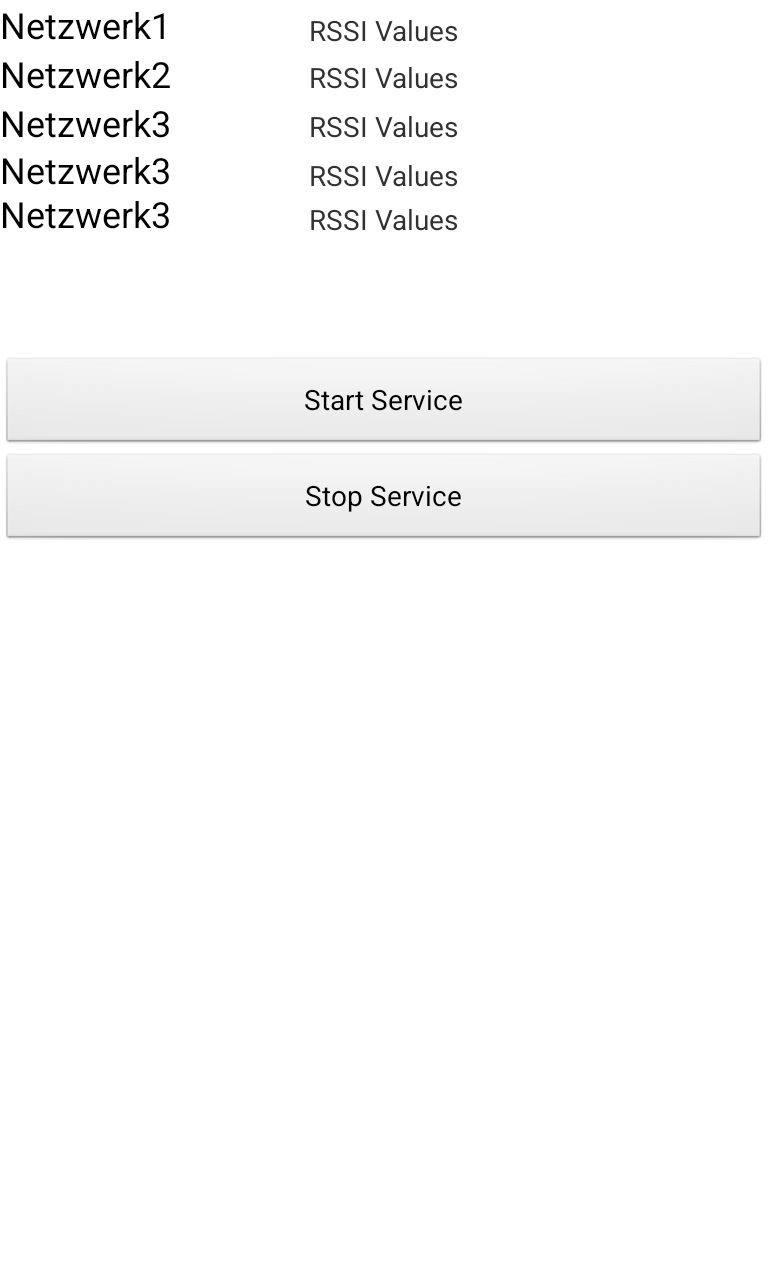
Repository: agejku/Embedded-Systems
Layout: Positionsensor/res/layout/main.xml
The author's editor kept a copy of each file at every save. The layout is drawn from the files as they stood at one save, then again after the next save.
It is drawn on a 768 x 1280 px phone screen (xhdpi) without system bars, with theme AppTheme; the app's code is not run.

Above is the layout before, as saved 2014-04-23 11:04:29.

### Positionsensor/res/layout/main.xml
<?xml version="1.0" encoding="utf-8"?>
<RelativeLayout xmlns:android="http://schemas.android.com/apk/res/android"
    android:id="@+id/NetNumber1"
    android:layout_width="fill_parent"
    android:layout_height="fill_parent"
    android:orientation="vertical" >

   <Button
       android:id="@+id/btnStopService"
       android:layout_width="fill_parent"
       android:layout_height="wrap_content"
       android:layout_alignParentLeft="true"
       android:layout_below="@+id/btnStartService"
       android:onClick="stopService"
       android:text="@string/stop_service" />

   <TextView
       android:id="@+id/network2"
       android:layout_width="wrap_content"
       android:layout_height="wrap_content"
       android:layout_alignParentLeft="true"
       android:layout_below="@+id/network1"
       android:text="@string/network2"
       android:textAppearance="?android:attr/textAppearanceMedium" />

   <TextView
       android:id="@+id/rssiNet2"
       android:layout_width="wrap_content"
       android:layout_height="wrap_content"
       android:layout_alignBaseline="@+id/network2"
       android:layout_alignBottom="@+id/network2"
       android:layout_alignLeft="@+id/rssiNet1"
       android:text="@string/start_rssi" />

   <TextView
       android:id="@+id/network3"
       android:layout_width="wrap_content"
       android:layout_height="wrap_content"
       android:layout_alignParentLeft="true"
       android:layout_below="@+id/network2"
       android:text="@string/network3"
       android:textAppearance="?android:attr/textAppearanceMedium" />

   <TextView
       android:id="@+id/rssiNet3"
       android:layout_width="wrap_content"
       android:layout_height="wrap_content"
       android:layout_alignBaseline="@+id/network3"
       android:layout_alignBottom="@+id/network3"
       android:layout_alignLeft="@+id/rssiNet2"
       android:text="@string/start_rssi" />

   <Button
       android:id="@+id/btnStartService"
       android:layout_width="fill_parent"
       android:layout_height="wrap_content"
       android:layout_alignParentLeft="true"
       android:layout_alignParentTop="true"
       android:layout_marginTop="178dp"
       android:onClick="startService"
       android:text="@string/start_service" />

   <TextView
       android:id="@+id/rssiNet1"
       android:layout_width="wrap_content"
       android:layout_height="wrap_content"
       android:layout_above="@+id/network2"
       android:layout_centerHorizontal="true"
       android:text="@string/start_rssi" />

   <TextView
       android:id="@+id/network1"
       android:layout_width="wrap_content"
       android:layout_height="wrap_content"
       android:layout_alignParentLeft="true"
       android:layout_alignParentTop="true"
       android:text="@string/network1"
       android:textAppearance="?android:attr/textAppearanceMedium" />

   <TextView
       android:id="@+id/TextView01"
       android:layout_width="wrap_content"
       android:layout_height="wrap_content"
       android:layout_alignParentLeft="true"
       android:layout_below="@+id/rssiNet3"
       android:text="@string/network3"
       android:textAppearance="?android:attr/textAppearanceMedium" />

   <TextView
       android:id="@+id/TextView02"
       android:layout_width="wrap_content"
       android:layout_height="wrap_content"
       android:layout_alignParentLeft="true"
       android:layout_below="@+id/network3"
       android:layout_marginTop="21dp"
       android:text="@string/network3"
       android:textAppearance="?android:attr/textAppearanceMedium" />

   <TextView
       android:id="@+id/TextView03"
       android:layout_width="wrap_content"
       android:layout_height="wrap_content"
       android:layout_alignBottom="@+id/TextView01"
       android:layout_alignLeft="@+id/rssiNet3"
       android:text="@string/start_rssi" />

   <TextView
       android:id="@+id/TextView04"
       android:layout_width="wrap_content"
       android:layout_height="wrap_content"
       android:layout_alignBottom="@+id/TextView02"
       android:layout_alignLeft="@+id/TextView03"
       android:text="@string/start_rssi" />

</RelativeLayout>

### Positionsensor/res/values/strings.xml
<resources>

    <string name="app_name">WifiFingerprinting</string>
    <string name="hello_world">Hello world!</string>
    <string name="menu_settings">Settings</string>
    <string name="title_activity_main">Wifi Fingerprinting</string>
    <string name="start_service">Start Service</string>
    <string name="stop_service">Stop Service</string>
    <string name="start_rssi">RSSI Values</string>
    <string name="network1">Netzwerk1</string>
    <string name="network2">Netzwerk2</string>
    <string name="network3">Netzwerk3</string>
    <string name="network4">Netzwerk4</string>
    <string name="network5">Netzwerk5</string>

</resources>

Loaded but not shown: Positionsensor/res/values/styles.xml (common file)

After the next save:
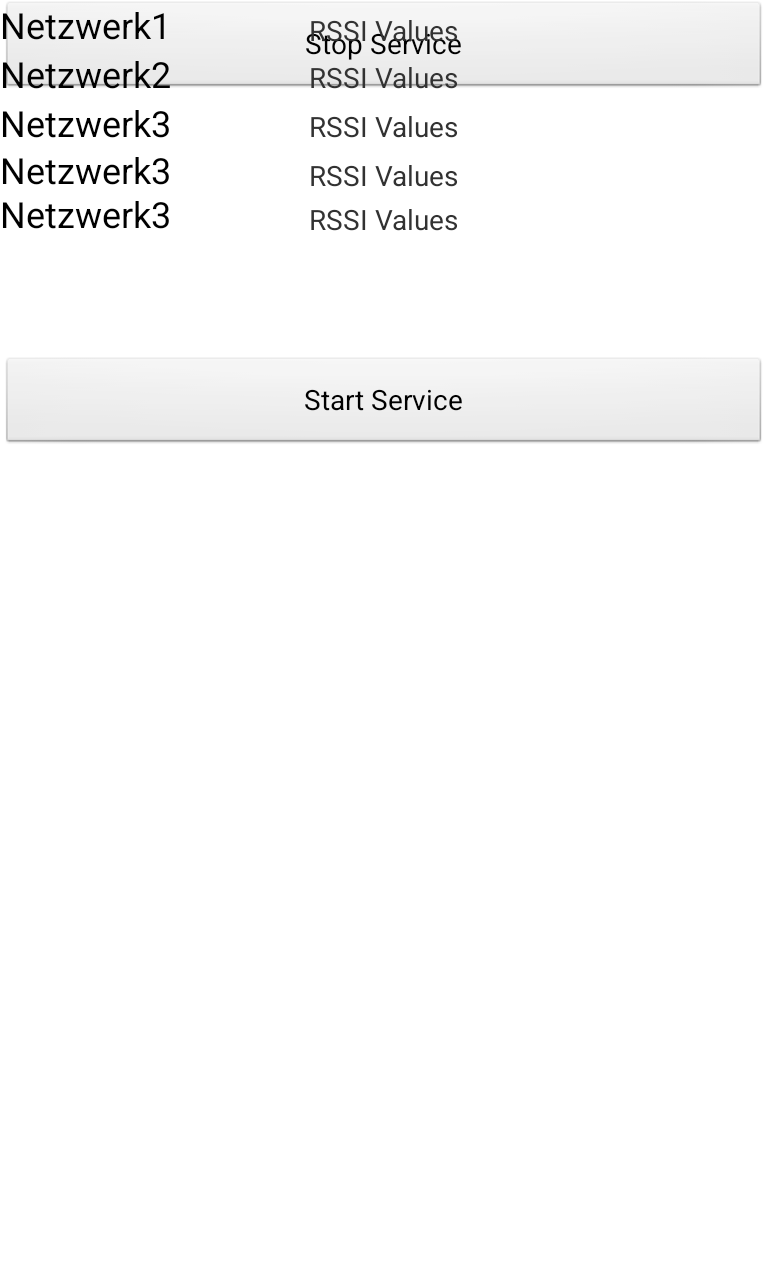
Saved 33 s later.
--- a/Positionsensor/res/layout/main.xml
+++ b/Positionsensor/res/layout/main.xml
@@ -6,7 +6,7 @@
     android:orientation="vertical" >
 
    <Button
-       android:id="@+id/btnStopService"
+       android:id="@+id/btnStop"
        android:layout_width="fill_parent"
        android:layout_height="wrap_content"
        android:layout_alignParentLeft="true"
@@ -51,7 +51,7 @@
        android:text="@string/start_rssi" />
 
    <Button
-       android:id="@+id/btnStartService"
+       android:id="@+id/btnStart"
        android:layout_width="fill_parent"
        android:layout_height="wrap_content"
        android:layout_alignParentLeft="true"

After the save that followed:
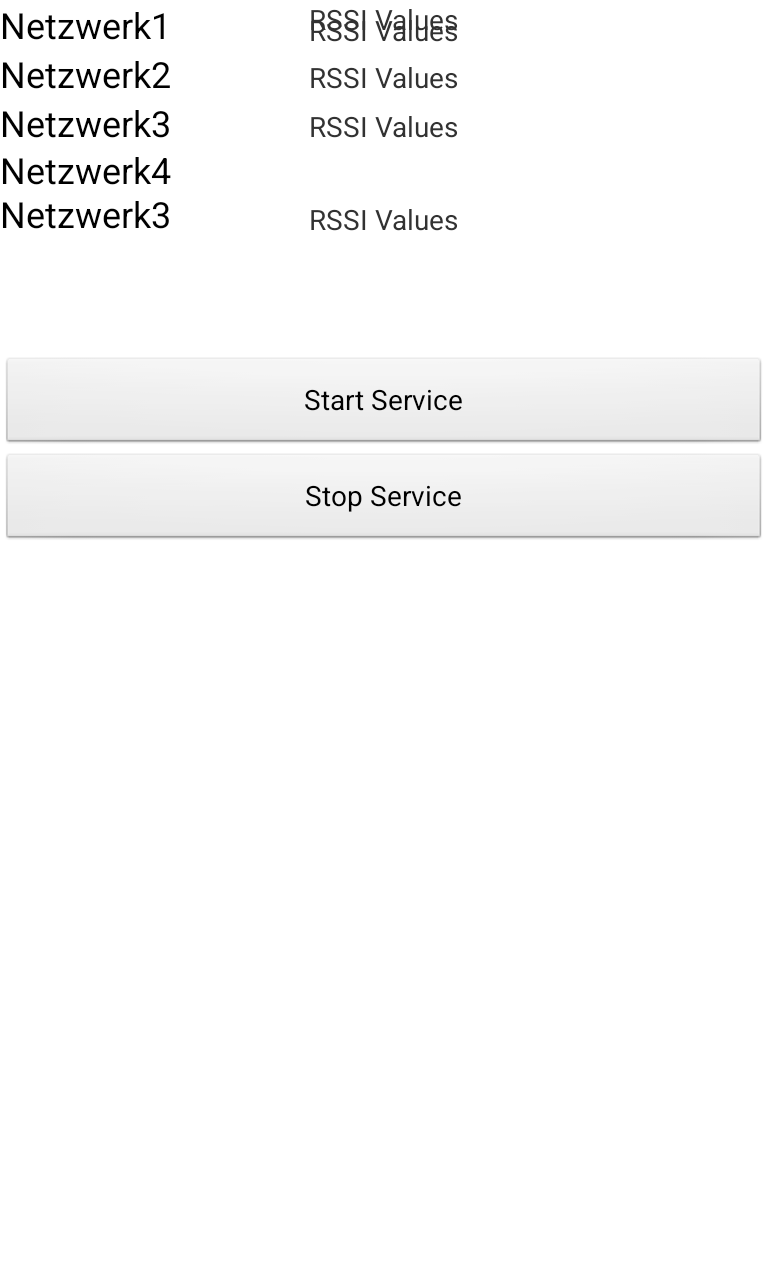
Saved 88 s later.
--- a/Positionsensor/res/layout/main.xml
+++ b/Positionsensor/res/layout/main.xml
@@ -6,7 +6,7 @@
     android:orientation="vertical" >
 
    <Button
-       android:id="@+id/btnStop"
+       android:id="@+id/btnStopService"
        android:layout_width="fill_parent"
        android:layout_height="wrap_content"
        android:layout_alignParentLeft="true"
@@ -51,7 +51,7 @@
        android:text="@string/start_rssi" />
 
    <Button
-       android:id="@+id/btnStart"
+       android:id="@+id/btnStartService"
        android:layout_width="fill_parent"
        android:layout_height="wrap_content"
        android:layout_alignParentLeft="true"
@@ -78,12 +78,12 @@
        android:textAppearance="?android:attr/textAppearanceMedium" />
 
    <TextView
-       android:id="@+id/TextView01"
+       android:id="@+id/network4"
        android:layout_width="wrap_content"
        android:layout_height="wrap_content"
        android:layout_alignParentLeft="true"
        android:layout_below="@+id/rssiNet3"
-       android:text="@string/network3"
+       android:text="@string/network4"
        android:textAppearance="?android:attr/textAppearanceMedium" />
 
    <TextView
